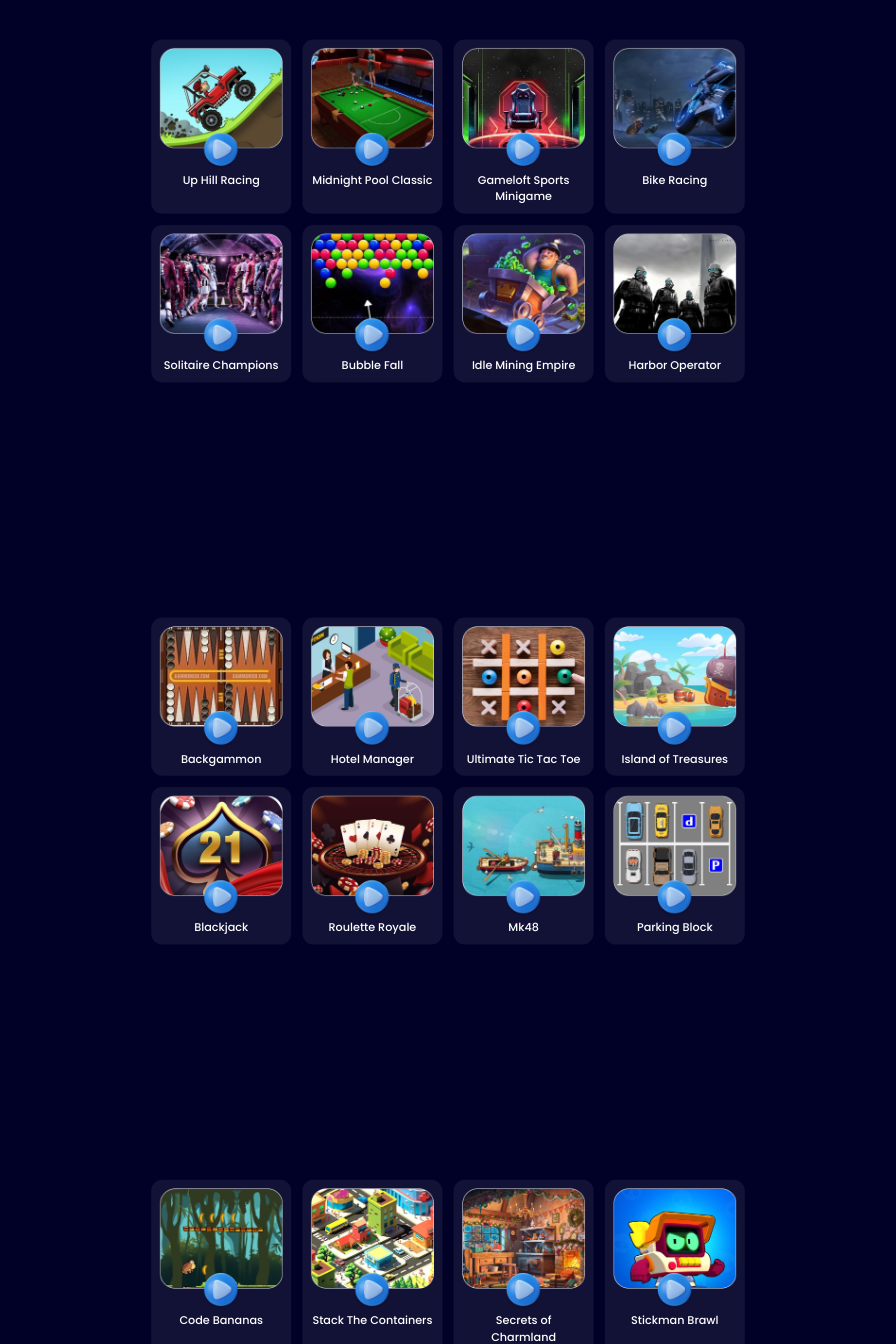
Repository: meenadabhii/jpygames.com
Page: http://localhost/
These files come from the project's save history. The page is drawn as it stood at one moment and after the next save; the edit follows.
The browser window is 1280 px wide. The pictures show the part of the page from y = 355 to 2275 px (the page is 6846 px tall before and 6798 px after), at 70% of full size.
Some web libraries are served in a nearby version. The page is served by the project's Node server (nodejs/app.js).

Above is the page before, as saved 2025-02-07 14:43:15.
Console error: ReferenceError: googletag is not defined

### nodejs/views/home.ejs
<%- include('header') %>

<main class="max-w-[1024px] m-auto">
    <div class="px-3">
        <div class="px-2">

            <div id='div-gpt-ad-1720713994305-0' style='min-width: 336px; min-height: 280px;'>
                <script>
                  googletag.cmd.push(function() { googletag.display('div-gpt-ad-1720713994305-0'); });
                </script>
            </div>

            <div class="flex flex-wrap justify-center gap-4 pb-10">
                <% for (let i = 0; i < games.length; i++) {
                    const element = games[i];
                    %>
                    <div class="p-3 bg-[#121237] rounded-2xl max-w-[150px] sm:max-w-[200px]">
                        <img src="<%- element.img %>" alt="" class="rounded-xl w-full" loading="lazy">
                        <a href="/game/<%- element.slug %>">
                            <img src="./image/play_button.png" alt="" class="w-[60px] m-auto mt-[-25px]">
                        </a>
                        <div class="text-center text-[#ffffff] font-medium"><%- element.name %></div>
                    </div>
                    <%
                    if(i == 7){
                        %>
                        <div class="p-3 w-full">
                            <div id='div-gpt-ad-1720714168712-0' style='min-width: 336px; min-height: 280px;'>
                                <script>
                                    googletag.cmd.push(function() { googletag.display('div-gpt-ad-1720714168712-0'); });
                                </script>
                            </div>
                        </div>
                        <%
                    }
                    if(i == 15){
                        %>
                        <div class="p-3 w-full">
                            <div id='div-gpt-ad-1720714228348-0' style='min-width: 336px; min-height: 280px;'>
                                <script>
                                    googletag.cmd.push(function() { googletag.display('div-gpt-ad-1720714228348-0'); });
                                </script>
                            </div>
                        </div>
                        <%
                    }
                    if(i == 23){
                        %>
                        <div class="p-3 w-full">
                            <div id='div-gpt-ad-1720714287596-0' style='min-width: 336px; min-height: 280px;'>
                                <script>
                                    googletag.cmd.push(function() { googletag.display('div-gpt-ad-1720714287596-0'); });
                                </script>
                            </div>
                        </div>
                        <%
                    }
                    if(i == 31){
                        %>
                        <div class="p-3 w-full">
                            <div id='div-gpt-ad-1720714417761-0' style='min-width: 300px; min-height: 600px;'>
                                <script>
                                    googletag.cmd.push(function() { googletag.display('div-gpt-ad-1720714417761-0'); });
                                </script>
                            </div>
                        </div>
                        <%
                    }
                    if(i == 39){
                        %>
                        <div class="p-3 w-full">
                            <div id='div-gpt-ad-1720714467600-0' style='min-width: 300px; min-height: 600px;'>
                                <script>
                                    googletag.cmd.push(function() { googletag.display('div-gpt-ad-1720714467600-0'); });
                                </script>
                            </div>
                        </div>
                        <%
                    }
                } %>
            </div>
            <div id='div-gpt-ad-1720426313446-0' style='min-width: 300px; min-height: 600px;'>
                <script>
                    googletag.cmd.push(function() { googletag.display('div-gpt-ad-1720426313446-0'); });
                </script>
            </div>
        </div>
    </div>
</main>

<%- include('footer') %>

### nodejs/views/header.ejs
<!DOCTYPE html>
<html lang="en">
<head>
    <meta charset="UTF-8">
    <meta name="viewport" content="width=device-width, initial-scale=1.0">
    <title>JPV Game</title>
    <script src="https://cdn.tailwindcss.com"></script>

    <link rel="preconnect" href="https://fonts.googleapis.com">
    <link rel="preconnect" href="https://fonts.gstatic.com" crossorigin>
    <link href="https://fonts.googleapis.com/css2?family=Poppins:wght@400;500;600;700;800&display=swap" rel="stylesheet">

    <link href="https://cdn.jsdelivr.net/npm/daisyui@4.10.5/dist/full.min.css" rel="stylesheet" type="text/css" />

    <link rel="icon"  href="/image/logo.png" />


    <!-- <link rel="icon" type="image/png" href="/nodejs/public/image/logo.png"> -->




    <!-- ads -->
    <script async src="https://securepubads.g.doubleclick.net/tag/js/gpt.js"></script>

    <!-- Google tag (gtag.js) -->
    <script async src="https://www.googletagmanager.com/gtag/js?id=G-5GJYH51WPM"></script>
    <script>
        window.dataLayer = window.dataLayer || [];
        function gtag(){dataLayer.push(arguments);}
        gtag('js', new Date());
        gtag('config', 'G-5GJYH51WPM');
    </script>

    <style>
        *{
            font-family: "Poppins", sans-serif;
        }

        #loading-screen {
            position: fixed;
            top: 0;
            left: 0;
            width: 100%;
            height: 100%;
            background-color: #010127;
            display: flex;
            justify-content: center;
            align-items: center;
            z-index: 9999;
            transition: opacity 0.5s ease;
            flex-direction: column;
        }
        #loading-screen.hidden {
            opacity: 0;
            pointer-events: none;
        }
        .spinner {
            border: 4px solid rgba(0, 0, 0, 0.1);
            border-top: 4px solid #333;
            border-radius: 50%;
            width: 40px;
            height: 40px;
            animation: spin 1s linear infinite;
        }
        @keyframes spin {
            0% { transform: rotate(0deg); }
            100% { transform: rotate(360deg); }
        }
    </style>

</head>
<body class="bg-[#010127]">
    <input id="my-drawer" type="checkbox" class="drawer-toggle" />
    <div class="py-3 flex px-3 place-items-center">
        <div class="drawer-content">
            <label for="my-drawer" class="cursor-pointer">
                <svg width="27" height="29" viewBox="0 0 27 29" fill="none" xmlns="http://www.w3.org/2000/svg">
                    <path d="M1.02857 11.6293H21.6C21.8728 11.6293 22.1344 11.5009 22.3273 11.2724C22.5202 11.0439 22.6286 10.7339 22.6286 10.4107C22.6286 10.0875 22.5202 9.77754 22.3273 9.54901C22.1344 9.32047 21.8728 9.19208 21.6 9.19208H1.02857C0.755777 9.19208 0.494156 9.32047 0.301261 9.54901C0.108367 9.77754 0 10.0875 0 10.4107C0 10.7339 0.108367 11.0439 0.301261 11.2724C0.494156 11.5009 0.755777 11.6293 1.02857 11.6293Z" fill="white"/>
                    <path d="M0 1.74463C7.27101e-05 2.06781 0.108463 2.37772 0.301342 2.60624C0.494221 2.83476 0.7558 2.96318 1.02857 2.96326H25.7143C25.9871 2.96326 26.2487 2.83487 26.4416 2.60633C26.6345 2.3778 26.7429 2.06783 26.7429 1.74463C26.7429 1.42143 26.6345 1.11147 26.4416 0.882929C26.2487 0.654392 25.9871 0.526001 25.7143 0.526001H1.02857C0.7558 0.526087 0.494221 0.654506 0.301342 0.883025C0.108463 1.11154 7.27101e-05 1.42146 0 1.74463Z" fill="white"/>
                    <path d="M1.02857 20.2946H18.8571C19.1299 20.2946 19.3916 20.1662 19.5845 19.9377C19.7773 19.7092 19.8857 19.3992 19.8857 19.076C19.8857 18.7528 19.7773 18.4428 19.5845 18.2143C19.3916 17.9858 19.1299 17.8574 18.8571 17.8574H1.02857C0.755777 17.8574 0.494156 17.9858 0.301261 18.2143C0.108367 18.4428 0 18.7528 0 19.076C0 19.3992 0.108367 19.7092 0.301261 19.9377C0.494156 20.1662 0.755777 20.2946 1.02857 20.2946Z" fill="white"/>
                    <path d="M1.02857 28.9607H14.7429C15.0157 28.9607 15.2773 28.8323 15.4702 28.6038C15.6631 28.3752 15.7714 28.0653 15.7714 27.7421C15.7714 27.4189 15.6631 27.1089 15.4702 26.8804C15.2773 26.6518 15.0157 26.5234 14.7429 26.5234H1.02857C0.755777 26.5234 0.494156 26.6518 0.301261 26.8804C0.108367 27.1089 0 27.4189 0 27.7421C0 28.0653 0.108367 28.3752 0.301261 28.6038C0.494156 28.8323 0.755777 28.9607 1.02857 28.9607Z" fill="white"/>
                </svg>
            </label>
        </div>
        <a href="/" class="w-full"><img src="/image/logo.png" class="w-[150px] m-auto"></a>
    </div>
    <div class="drawer-side">
        <label for="my-drawer" aria-label="close sidebar" class="drawer-overlay"></label>
        <ul class="menu p-4 w-80 min-h-full bg-base-200 text-base-content bg-[#02001e7d] backdrop-blur-lg text-[#fff] max-[350px]:w-auto">
            <label class="ml-auto cursor-pointer" for="my-drawer" aria-label="close sidebar">
                <svg width="18" height="18" viewBox="0 0 18 18" fill="#ffffff" xmlns="http://www.w3.org/2000/svg">
                    <path d="M10.1665 9.00805L17.762 1.43822C18.0793 1.11791 18.0793 0.598995 17.762 0.278681C17.4503 -0.0473594 16.9355 -0.0571515 16.6118 0.256802L9.01628 7.82663L1.51839 0.256802C1.36467 0.0928811 1.15078 0 0.927025 0C0.703266 0 0.489378 0.0928811 0.335658 0.256802C0.0543006 0.566276 0.0543006 1.04123 0.335658 1.35071L7.83354 8.9096L0.238001 16.4685C-0.0793336 16.7888 -0.0793336 17.3077 0.238001 17.628C0.389074 17.784 0.596845 17.871 0.813092 17.8687C1.03351 17.8867 1.25202 17.8159 1.42074 17.6718L9.01628 10.102L16.6118 17.7593C16.7629 17.9153 16.9707 18.0022 17.1869 18C17.4029 18.001 17.6102 17.9142 17.762 17.7593C18.0793 17.439 18.0793 16.9201 17.762 16.5998L10.1665 9.00805Z" fill="#ffffff"/>
                </svg>
            </label>
            <li class="mx-auto">
                <a href="/" class="w-full"><img src="/image/logo.png" class="w-[150px] m-auto"></a>
            </li>
            <li>
                <hr class="rounded-none">
            </li>
            <li>
                <a href="/">
                    <img src="/icon/home.png" alt="home" class="w-[40px]">
                    <label>Home</label>
                </a>
            </li>
            <li>
                <a href="/category/action">
                    <img src="/icon/home.png" alt="home" class="w-[40px]">
                    <label>Action</label>
                </a>
            </li>
        </ul>
    </div>

### nodejs/views/footer.ejs
<div id="loading-screen">
    <img src="/image/logo.png" alt="loding logo">
    <div class="spinner"></div>
</div>
<script>
    window.addEventListener('load', function(){
        const loadingScreen = document.getElementById('loading-screen');
        loadingScreen.classList.add('hidden');
    });
</script>
</body>
</html>

### nodejs/app.js

const express = require('express')
const app = express()
const port = 6600
const ejs = require('ejs')
const path = require('path')
const fs = require('fs')

app.use(express.static('public'))
app.set('views', path.join(__dirname,'/views'))
app.set('view engine', 'ejs')

const games = JSON.parse(fs.readFileSync('./game.json','utf-8'));

app.get('/', (req, res) => {
    return res.render('home',{games});
})

app.get('/game/:name', (req, res) => {
    const find = games.filter(i => i.slug == req.params.name);
    const newdata = [...Array(8)].map(i => games[(Math.floor(Math.random() * games.length))]);

    if (!find.length) {
        return res.send('404')
    }
    return res.render('singel',{data:find[0], newdata});
})

app.get('/category/:name', (req, res) => {
    const find = games.filter(i => i.type == req.params.name);
    if (!find.length) {
        return res.send('404')
    }
    return res.render('category',{data:find});
})

app.get('/game/:name/play', (req, res) => {
    const find = games.filter(i => i.slug == req.params.name);
    if (!find.length) {
        return res.send('404')
    }
    return res.render('play',{data:find[0]});
})

app.listen(port, () => {
    console.log(`Example app listening on port ${port}`)
})

Loaded but not shown: nodejs/game.json (401 lines, source omitted)

After the next save:
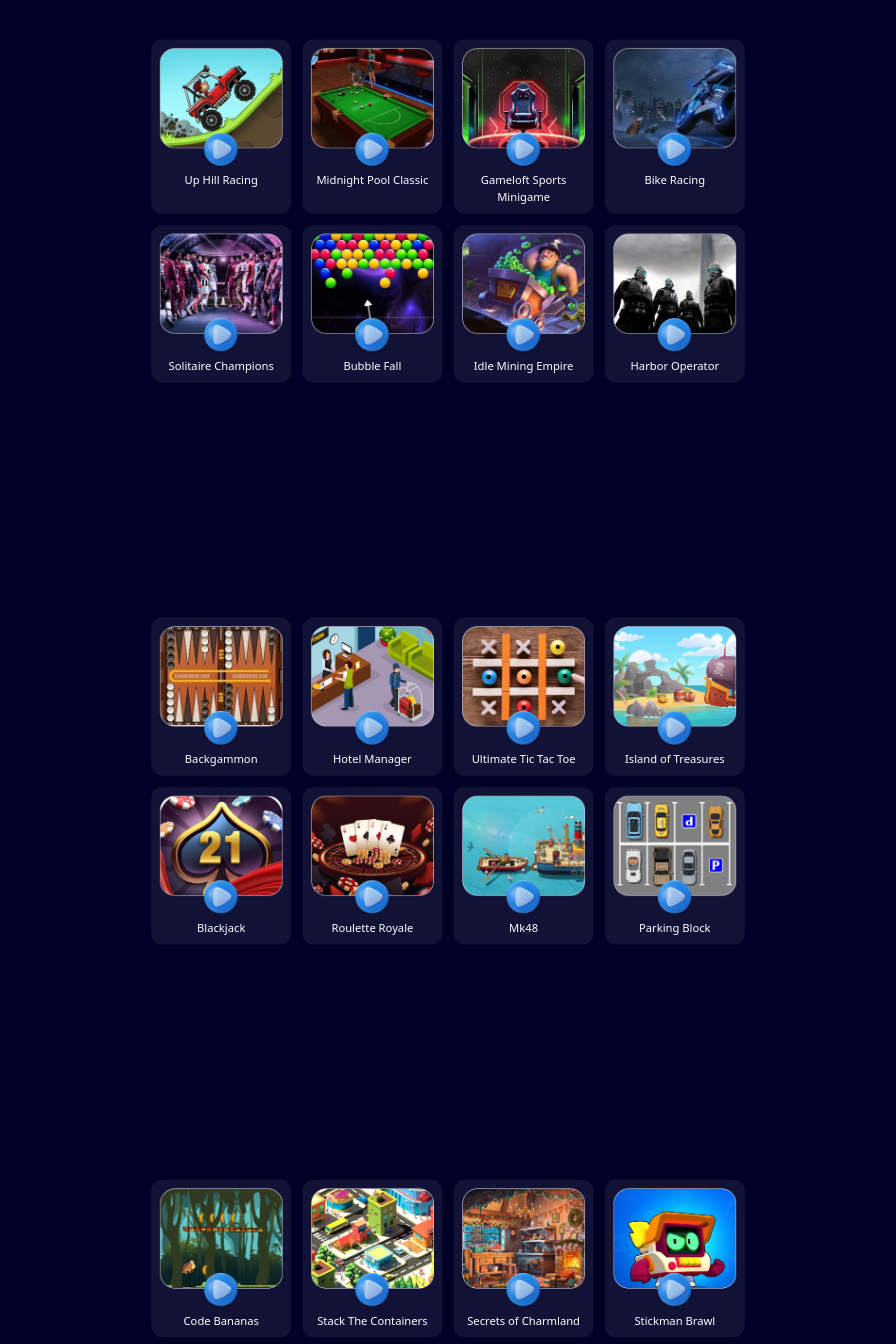
Saved 2 min 7 s later.
--- a/nodejs/views/header.ejs
+++ b/nodejs/views/header.ejs
@@ -32,42 +32,6 @@
         gtag('config', 'G-5GJYH51WPM');
     </script>
 
-    <style>
-        *{
-            font-family: "Poppins", sans-serif;
-        }
-
-        #loading-screen {
-            position: fixed;
-            top: 0;
-            left: 0;
-            width: 100%;
-            height: 100%;
-            background-color: #010127;
-            display: flex;
-            justify-content: center;
-            align-items: center;
-            z-index: 9999;
-            transition: opacity 0.5s ease;
-            flex-direction: column;
-        }
-        #loading-screen.hidden {
-            opacity: 0;
-            pointer-events: none;
-        }
-        .spinner {
-            border: 4px solid rgba(0, 0, 0, 0.1);
-            border-top: 4px solid #333;
-            border-radius: 50%;
-            width: 40px;
-            height: 40px;
-            animation: spin 1s linear infinite;
-        }
-        @keyframes spin {
-            0% { transform: rotate(0deg); }
-            100% { transform: rotate(360deg); }
-        }
-    </style>
 
 </head>
 <body class="bg-[#010127]">

After the save that followed:
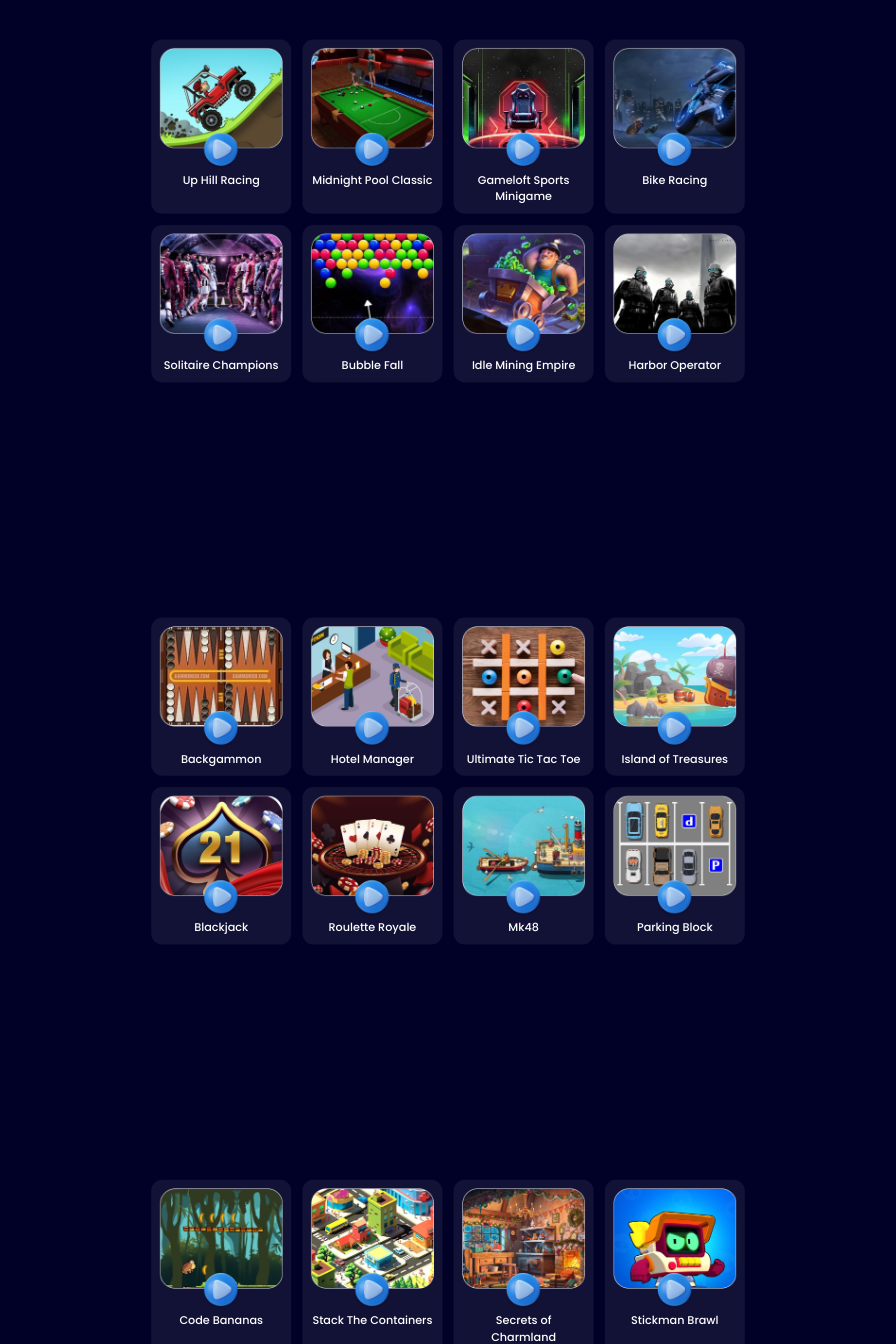
Saved 11 s later.
--- a/nodejs/views/header.ejs
+++ b/nodejs/views/header.ejs
@@ -32,6 +32,42 @@
         gtag('config', 'G-5GJYH51WPM');
     </script>
 
+    <style>
+        *{
+            font-family: "Poppins", sans-serif;
+        }
+
+        #loading-screen {
+            position: fixed;
+            top: 0;
+            left: 0;
+            width: 100%;
+            height: 100%;
+            background-color: #010127;
+            display: flex;
+            justify-content: center;
+            align-items: center;
+            z-index: 9999;
+            transition: opacity 0.5s ease;
+            flex-direction: column;
+        }
+        #loading-screen.hidden {
+            opacity: 0;
+            pointer-events: none;
+        }
+        .spinner {
+            border: 4px solid rgba(0, 0, 0, 0.1);
+            border-top: 4px solid #333;
+            border-radius: 50%;
+            width: 40px;
+            height: 40px;
+            animation: spin 1s linear infinite;
+        }
+        @keyframes spin {
+            0% { transform: rotate(0deg); }
+            100% { transform: rotate(360deg); }
+        }
+    </style>
 
 </head>
 <body class="bg-[#010127]">
